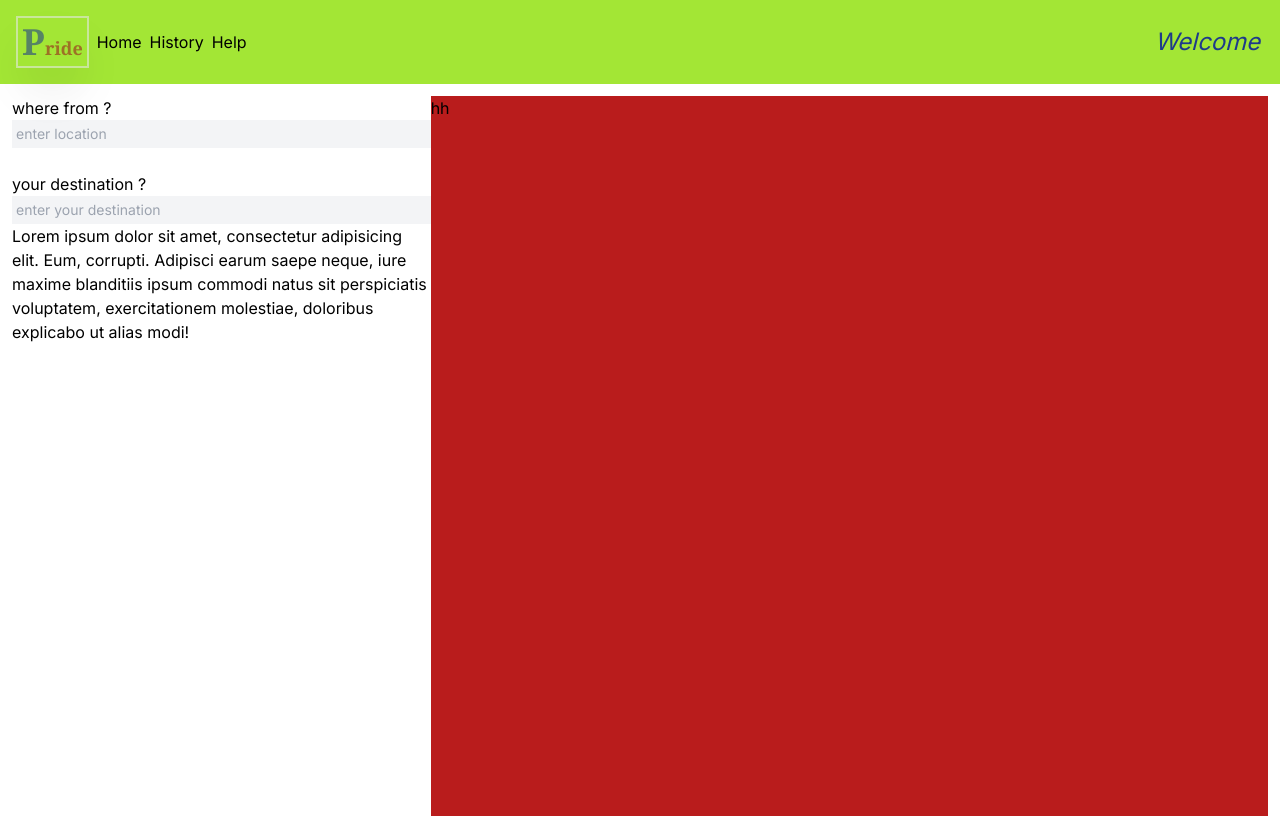
Repository: Semanmernstack/uber-mapbox
Page: /
An editor plug-in stored every save of this project. The page is shown before and after the next save, followed by the edit.
The browser window is 1280 px wide. The pictures show the whole page.
The page's requests for data from a server got no answer. The project was rebuilt for these pictures with package versions that can differ from the ones it lists, and the page was loaded fresh each time. Some packages were replaced by stand-ins written for this rebuild. The framework's server and built-in components were replaced by stand-ins that run in the browser. No one was signed in, and anything a server would have sent is missing. Also part of the build but not shown: next.config.js.

Above is the page before, as saved 2023-08-16 06:20:42.

### app/layout.tsx
import './globals.css'
import type { Metadata } from 'next'
import { Inter } from 'next/font/google'
import Nav from './components/Nav'
import { ClerkProvider } from '@clerk/nextjs'

const inter = Inter({ subsets: ['latin'] })

export const metadata: Metadata = {
  title: 'Create Next App',
  description: 'Generated by create next app',
}

export default function RootLayout({
  children,
}: {
  children: React.ReactNode
}) {
  return (
    <ClerkProvider>
      <html lang="en">
        <body className={inter.className}> <Nav/>  {children}</body>
      </html>
    </ClerkProvider>
  )
}

### app/page.tsx
import Image from 'next/image'
import Booking from './components/Booking'
import Mapp from './components/Mapp'

export default function Home() {
  return (
    <main className="p-3 gap  ">
      <div className="grid grid-cols-1 md:grid-cols-3   ">
        <div className=" h-[80%]">
          <Booking/>

        </div>
        <div className=" bg-red-700 col-span-2 h-screen">
          <Mapp/>
        </div>
      </div>
    </main>
  )
}

### app/components/Nav.tsx
import { UserButton, currentUser } from '@clerk/nextjs'
import React from 'react'

async function Nav() {
    const user = await currentUser()
  return (
    <div className="flex items-center justify-between p-4 bg-lime-400">
        <div className="flex items-center gap-2">

            <h1 className="font-extrabold shadow-2xl border-gray-200 border-2 p-1 font-serif text-2xl md:text-3xl lg:text-4xl animate-pulse text-blue-900">P<span className="text-lg animate-none font-bold text-red-800">ride</span></h1>
            <h2>Home</h2>
            <h2>History</h2>
            <h2>Help</h2>

        </div>
        <div className="flex gap-1 items-center">
            <h1 className="text-2xl text-blue-900 italic">Welcome</h1>
            <h1 className='hidden md:inline-flex'>{user?.firstName}</h1>
            <UserButton/>
        </div>
    </div>
  )
}

export default Nav

### app/components/Booking.tsx
import React from 'react'
import BookingInput from './BookingInput'

function Booking() {
  return (
    <div className="">
        <BookingInput/>
        <h1>Lorem ipsum dolor sit amet, consectetur adipisicing elit. Eum, corrupti. Adipisci earum saepe neque, iure maxime blanditiis ipsum commodi natus sit perspiciatis voluptatem, exercitationem molestiae, doloribus explicabo ut alias modi!</h1>
    </div>
  )
}

export default Booking

### app/components/Mapp.tsx
"use client"


import React from 'react'
import Map from 'react-map-gl';
function Mapp() {
  return (
    <div>
      <h1>hh</h1>



    </div>
  )
}

export default Mapp

### app/components/BookingInput.tsx
"use client"

import React, { useEffect, useState } from 'react'

function BookingInput() {
    const [where, setWhere] = useState<any>()
    const [to, setTo] = useState<any>()
    const [lists, setLists] = useState<any>([])

    useEffect(() => {
        getAdress()

    }, [where, to])

    const getAdress = async () => {
        setLists([])
        const res = await fetch('api/search-map?q='+where, {
            headers:{
                "Content-Type": "application/json",
            }

        })
        const re = await res.json()
        setLists(re)

    }
  return (
    <div className="flex flex-col gap-6">
        <div>
            <label> where from ?</label>
            <input type="text" placeholder='enter location'
                value={where}
                onChange={(e) => setWhere(e.target.value)}
                className="border-1 w-full text-sm outline-none bg-gray-100 focus:border-gray-700 p-1"
            />
            {lists?.suggestions?
                <div >
                    {lists?.suggestions.map((item:any, index:number) => (
                        <h2 className='text-sm cursor-pointer shadow-2xl' onClick={() =>{ setWhere(item.full_address), setLists([])}}
                         >{item.full_address}</h2>
                    ))}
                </div> : null

            }


        </div>

        <div>
            <label> your destination ?</label>

            <input type="text" placeholder='enter your destination'
                value={to}
                onChange={(e) => setTo(e.target.value)}
                className="border-1 w-full text-sm outline-none bg-gray-100 focus:border-gray-700 p-1"
            />
            {lists?.suggestions?
                <div >
                    {lists?.suggestions.map((item:any, index:number) => (
                        <h2 className='text-sm cursor-pointer shadow-2xl' onClick={() =>{ setTo(item.full_address), setLists([])}}
                         >{item.full_address}</h2>
                    ))}
                </div> : null

            }

        </div>
    </div>
  )
}

export default BookingInput

Loaded but not shown: app/globals.css (common file); tailwind.config.ts (common file)

After the next save:
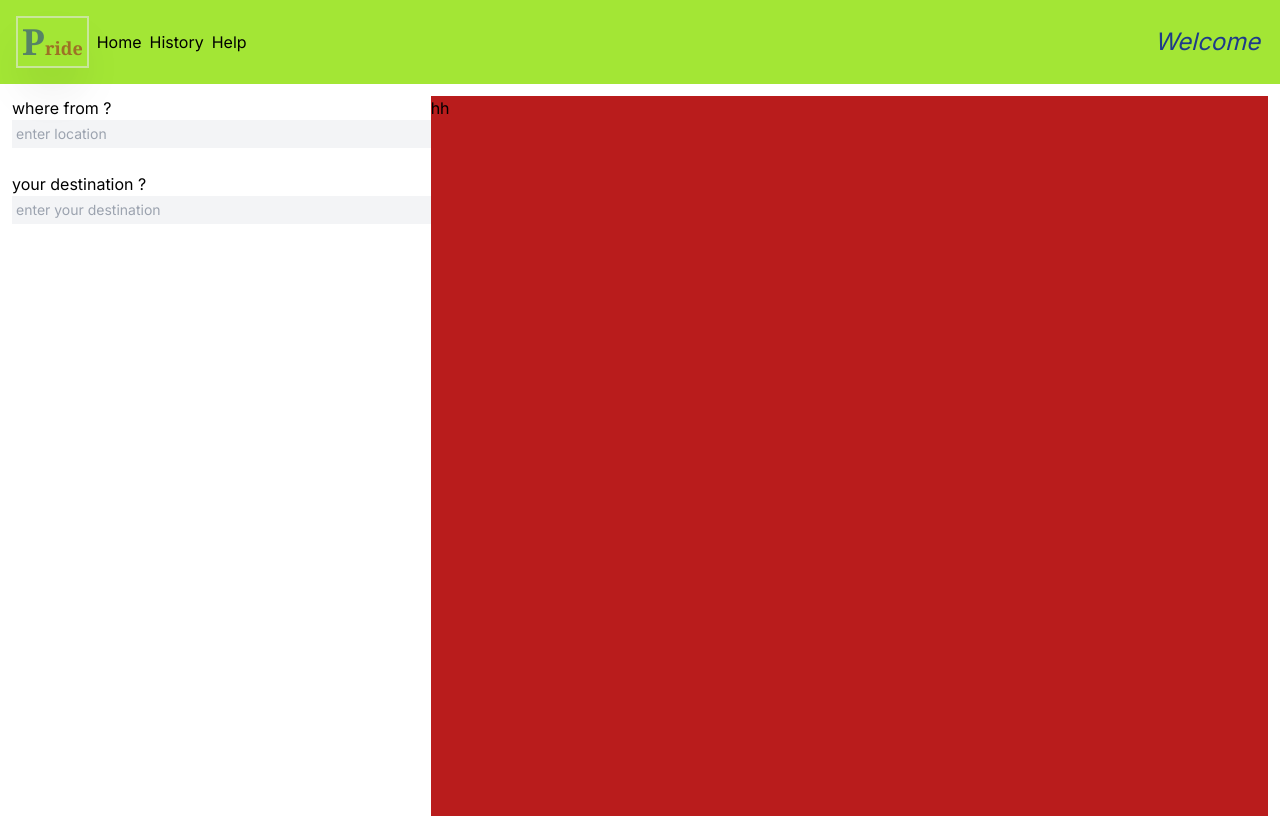
Saved 103 s later.
--- a/app/components/Booking.tsx
+++ b/app/components/Booking.tsx
@@ -5,7 +5,7 @@
   return (
     <div className="">
         <BookingInput/>
-        <h1>Lorem ipsum dolor sit amet, consectetur adipisicing elit. Eum, corrupti. Adipisci earum saepe neque, iure maxime blanditiis ipsum commodi natus sit perspiciatis voluptatem, exercitationem molestiae, doloribus explicabo ut alias modi!</h1>
+
     </div>
   )
 }
